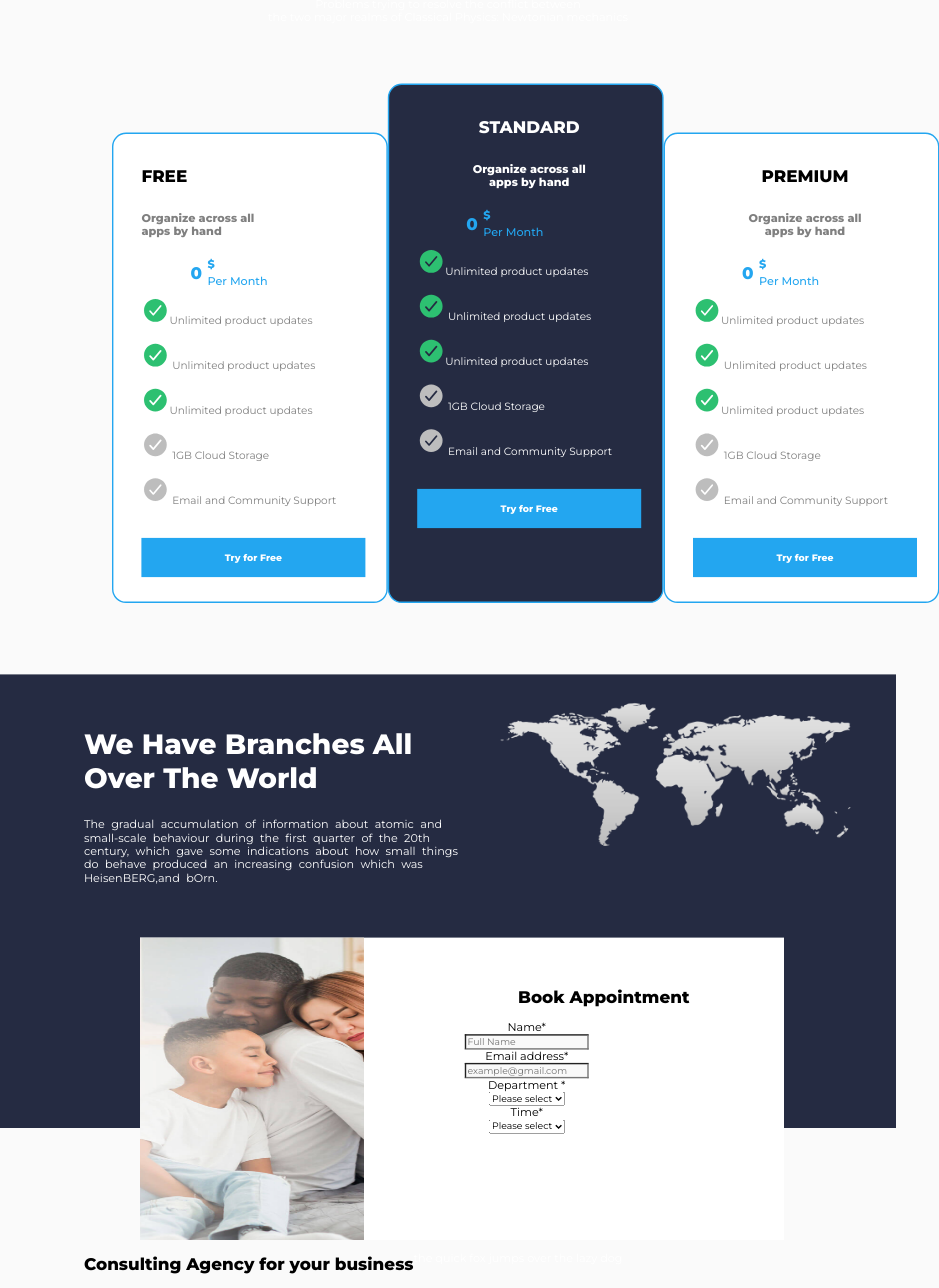
Repository: NANCY-HUB329/week-challenge
Page: index.html
An editor plug-in stored every save of this project. The page is shown before and after a run of saves, followed by the edit.
The browser window is 1280 px wide. The page is 1342 px wide, so the pictures cover 1342 px, including what lies to the right of the window. The pictures show the part of the page from y = 2279 to 4119 px (the page is 4119 px tall), at 70% of full size.

Above is the page before, as saved 2023-11-24 08:17:16.

After the next 2 saves:
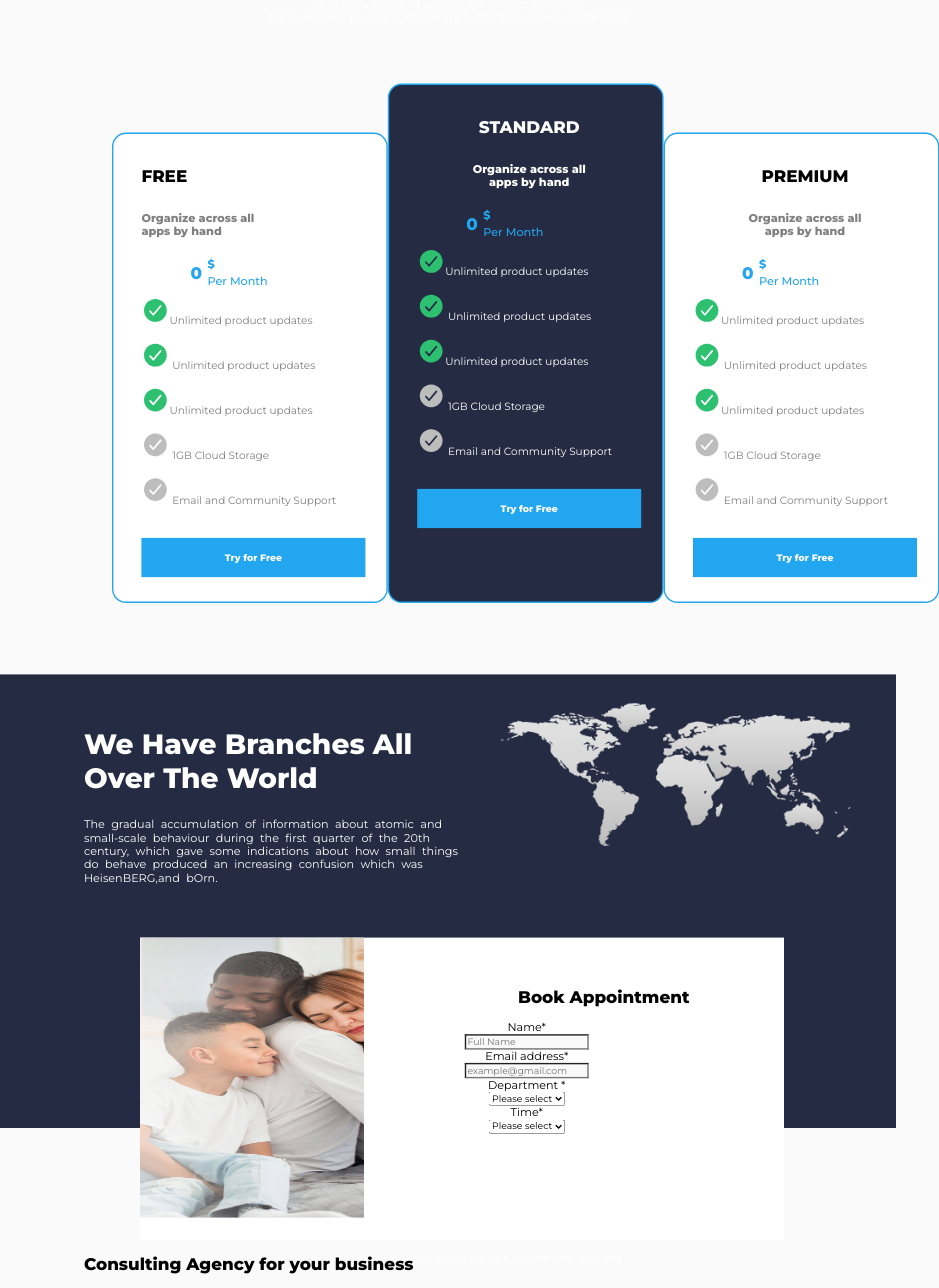
The 2 saves are shown as one change because they came seconds apart.
The last was saved 6 s later.
--- a/styles.css
+++ b/styles.css
@@ -474,7 +474,7 @@
 }
 .contact-form img {
   width: 320px;
-  height: ;
+  height: 400px;
 }
 .contact-form h2 {
   padding-left: 220px;
